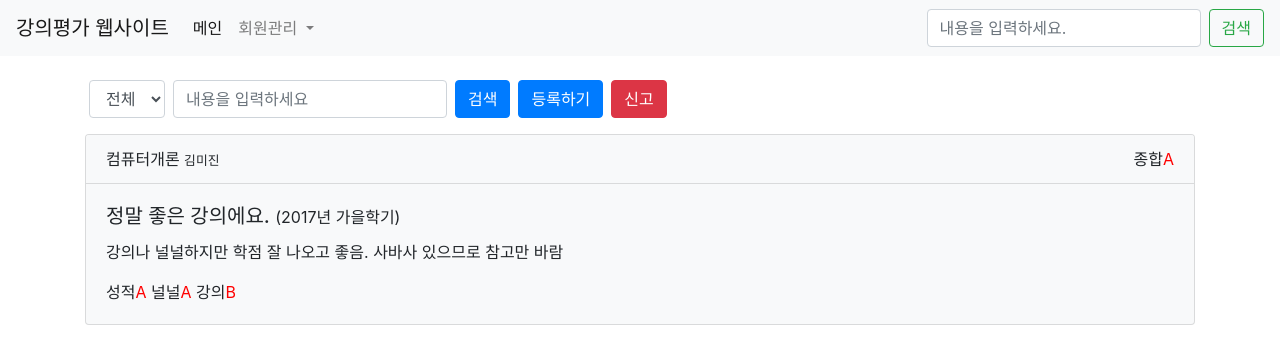
Repository: mijin99/lecture-evaluation
Page: http://localhost/Lecture_Evaluation/
These files come from the project's save history. The page is drawn as it stood at one moment and after the next save; the edit follows.
The browser window is 1280 px wide. The pictures show the whole page.
The page is served by Tomcat 9.

Above is the page before, as saved 2020-12-24 17:25:43.

After the next save:
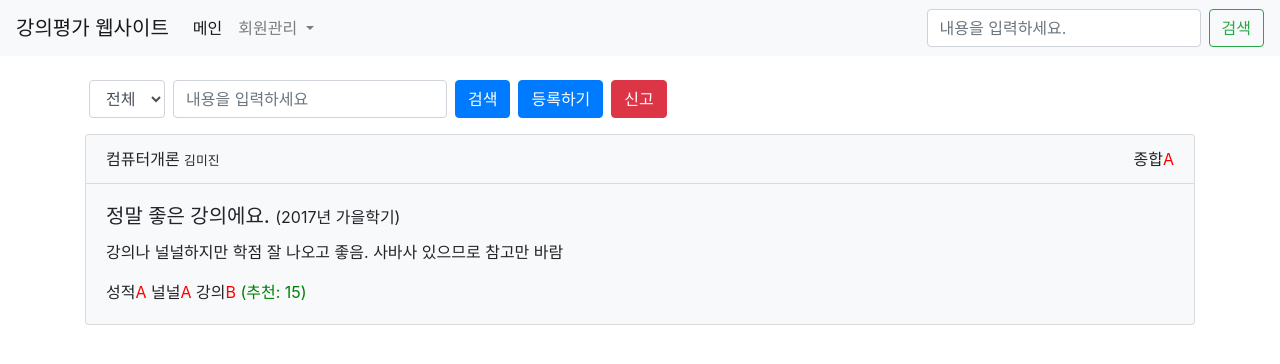
Saved 58 s later.
--- a/Lecture Evaluation/WebContent/index.jsp
+++ b/Lecture Evaluation/WebContent/index.jsp
@@ -92,9 +92,15 @@
 						성적<span style="color :red;">A</span>
 						널널<span style="color :red;">A</span>
 						강의<span style="color :red;">B</span>
-					</div>
-				</div>
-			</div>
+						<span style="color:green;">(추천: 15)</span>
+					</div>
+					<!-- 추천  -->
+					<div class="col-3 text-right">
+
+					</div>
+				</div>
+			</div>
+
 		</div>
 
 	</section>
